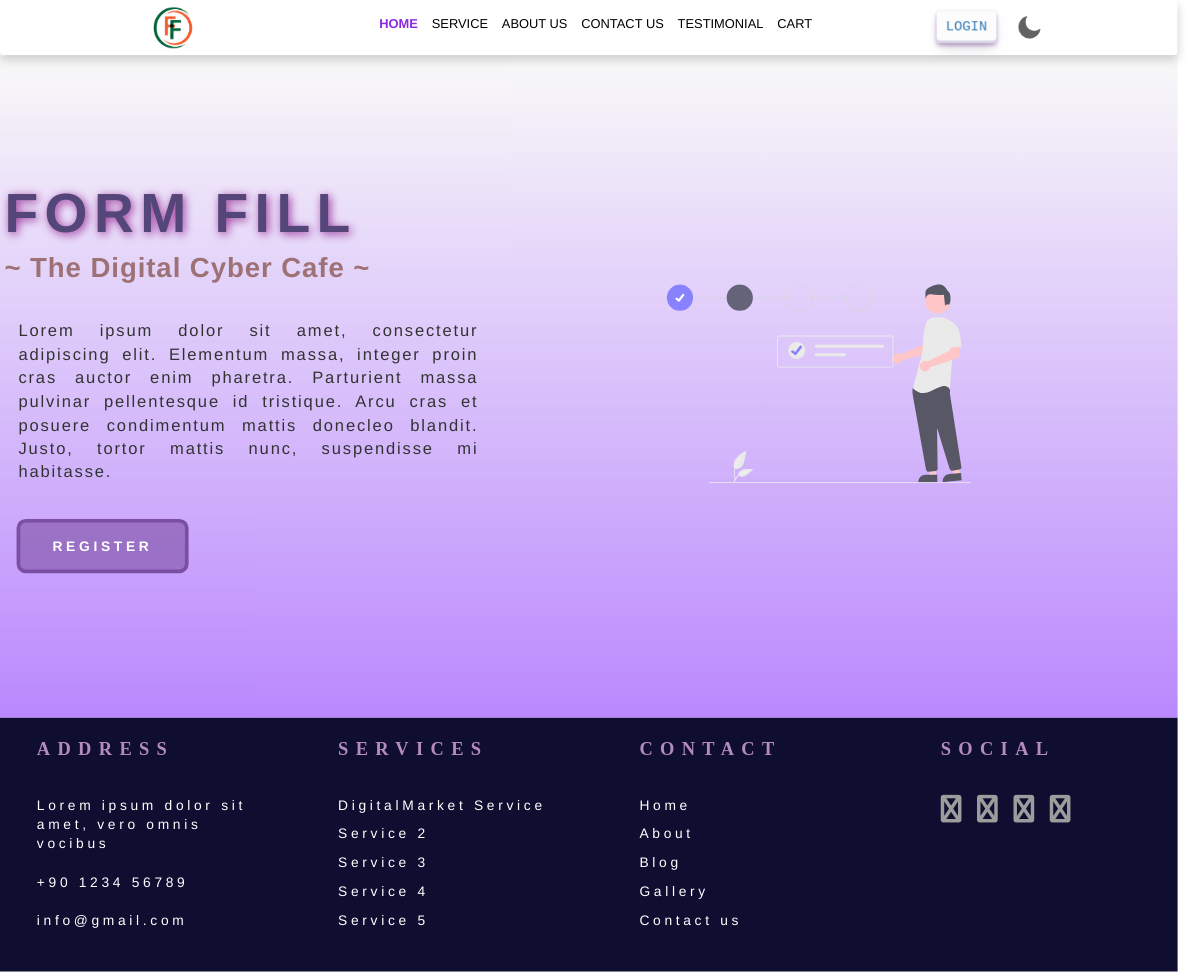
Repository: codervivek5/Formfil
Page: index.html
The author's editor kept a copy of each file at every save. The page is drawn from the files as they stood at one save, then again after the next save.
The browser window is 1280 px wide. The page is 1295 px wide, so the pictures cover 1295 px, including what lies to the right of the window. The pictures show the whole page, at 92% of full size.
Some web fonts or font styles are not loaded; a fallback is used.

Above is the page before, as saved 2023-03-04 21:03:41.

After the next save:
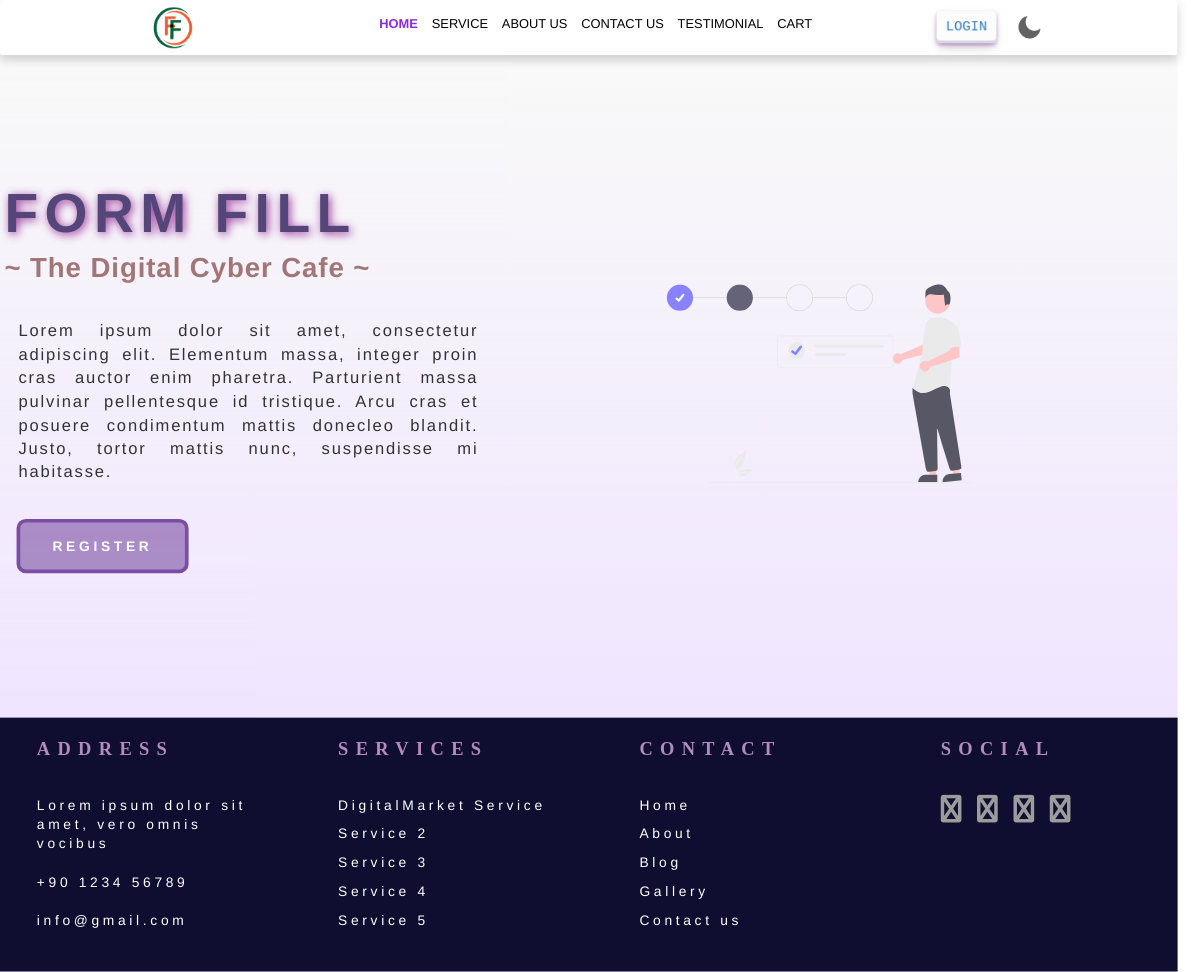
Saved 33 s later.
--- a/style/theme.css
+++ b/style/theme.css
@@ -1,5 +1,5 @@
 :root{
-	--color--main: linear-gradient(rgba(244, 245, 243, 0.712),rgba(159, 90, 253,0.9));
+	--color--main: linear-gradient(rgba(244, 245, 243, 0.712),rgba(159, 90, 253,0.2));
 	--color--footer: rgb(119, 5, 100);
 	--color--h1: #2a1958;
 	--color--h2: rgba(122, 60, 60, 0.87);

After the save that followed:
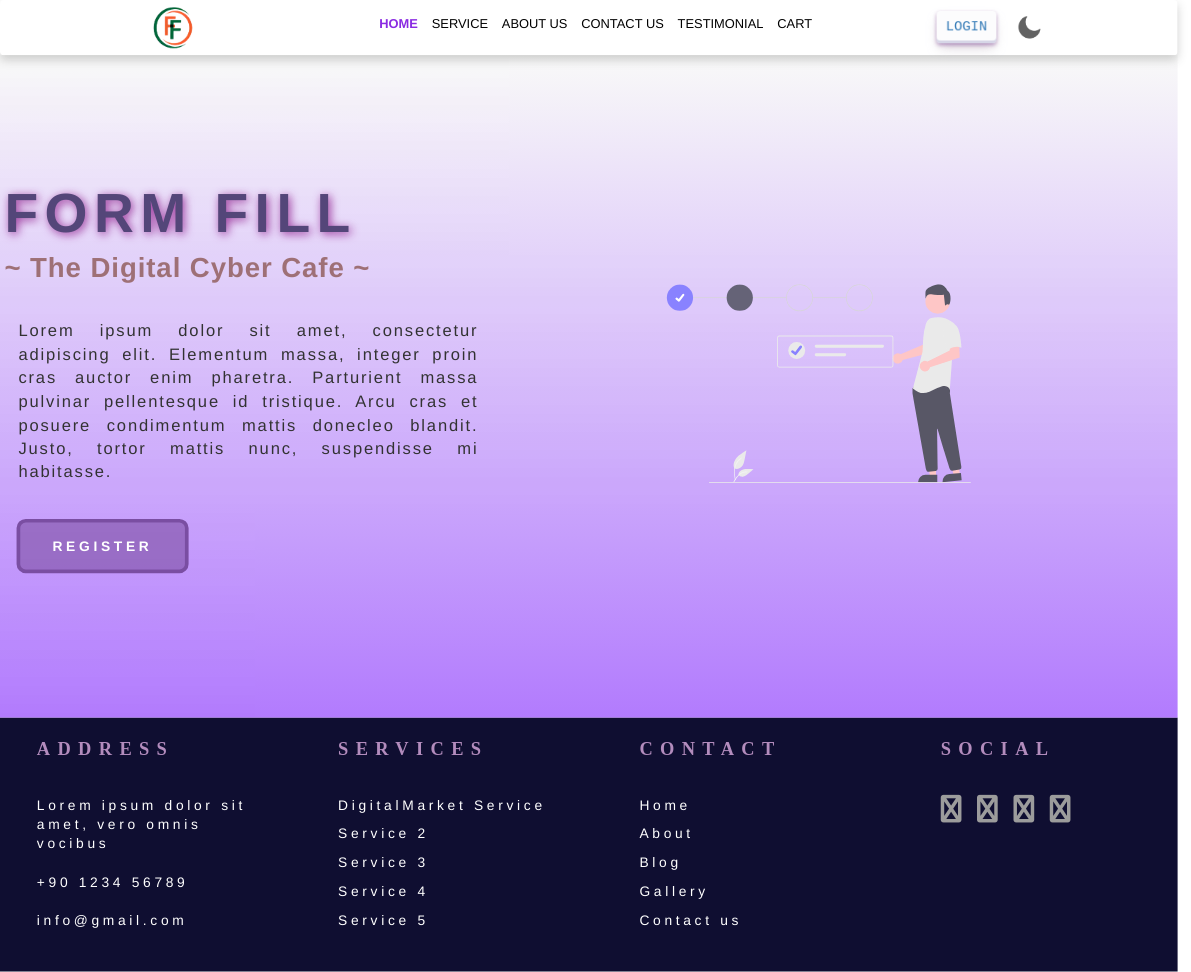
Saved 8 s later.
--- a/style/theme.css
+++ b/style/theme.css
@@ -1,5 +1,5 @@
 :root{
-	--color--main: linear-gradient(rgba(244, 245, 243, 0.712),rgba(159, 90, 253,0.2));
+	--color--main: linear-gradient(rgba(244, 245, 243, 0.712),rgba(159, 90, 253,1));
 	--color--footer: rgb(119, 5, 100);
 	--color--h1: #2a1958;
 	--color--h2: rgba(122, 60, 60, 0.87);
